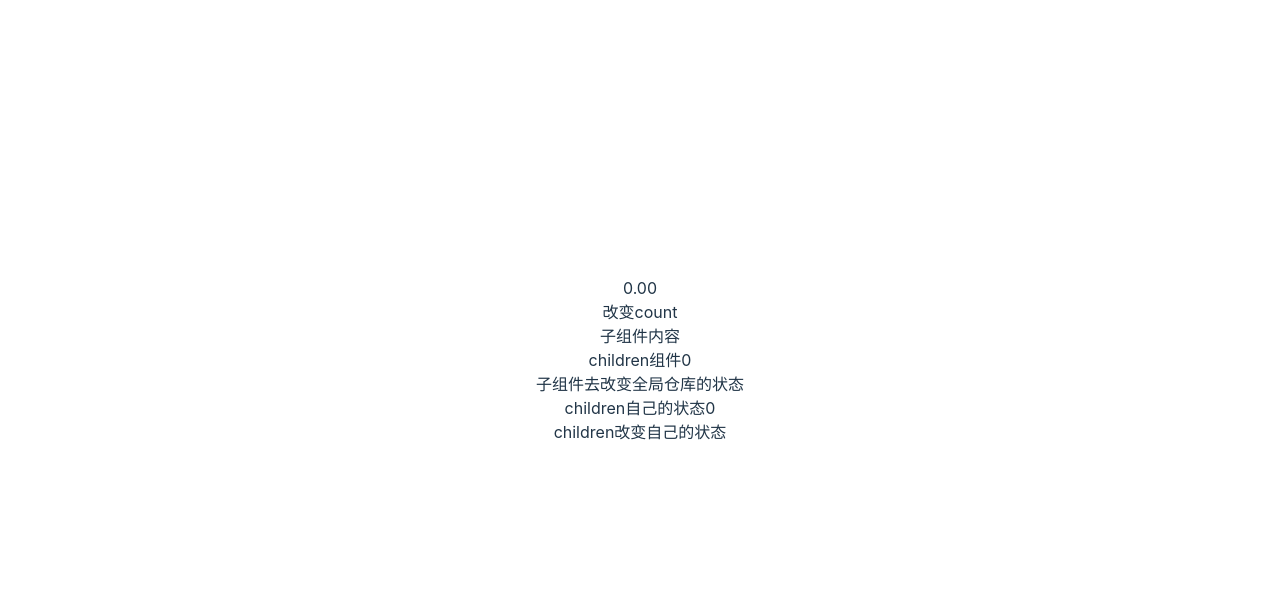
Repository: ruyanwangshi/lernReact
Page: / (app in vite-project/)
The author's editor kept a copy of each file at every save. The page is drawn from the files as they stood at one save, then again after the next save.
The browser window is 1280 px wide. The pictures show the whole page.
The project was rebuilt for these pictures with package versions that can differ from the ones it lists, and the page was loaded fresh each time. Also part of the build but not shown: vite-project/vite.config.js, vite-project/src/1.前端框架概览/other.jsx.

Above is the page before, as saved 2023-02-19 17:23:55.

After the next save:
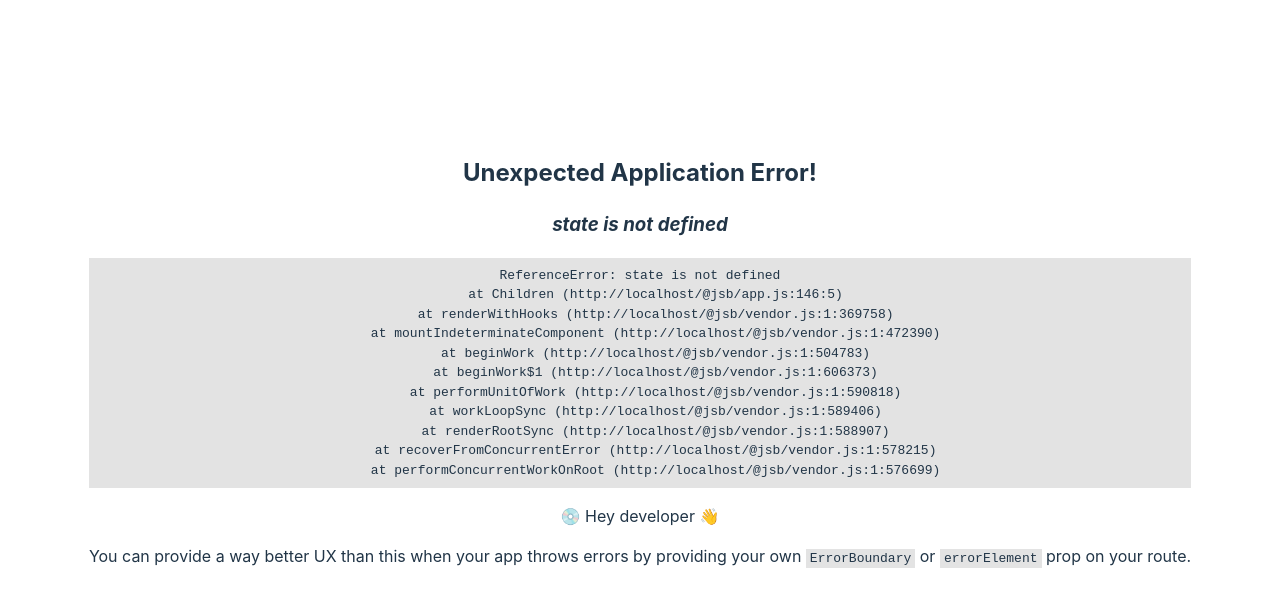
Console error: ReferenceError: state is not defined
Saved 105 s later.
--- a/vite-project/src/1.前端框架概览/components/children.jsx
+++ b/vite-project/src/1.前端框架概览/components/children.jsx
@@ -3,16 +3,16 @@
 import StoreContext from '@/utils/context';
 
 function Children(props) {
-    const {state,action} = useContext(StoreContext)
+    // const {state,action} = useContext(StoreContext)
     const [value, setValue] = React.useState(0)
-    console.log('children组件', state, action, props)
+    // console.log('children组件', state, action, props)
 
-    function changeState() {
-        action({
-            type: 'jia',
-            value: 1
-        })
-    }
+    // function changeState() {
+    //     action({
+    //         type: 'jia',
+    //         value: 1
+    //     })
+    // }
     return (
         <div>
             children组件{state.count}

After the save that followed:
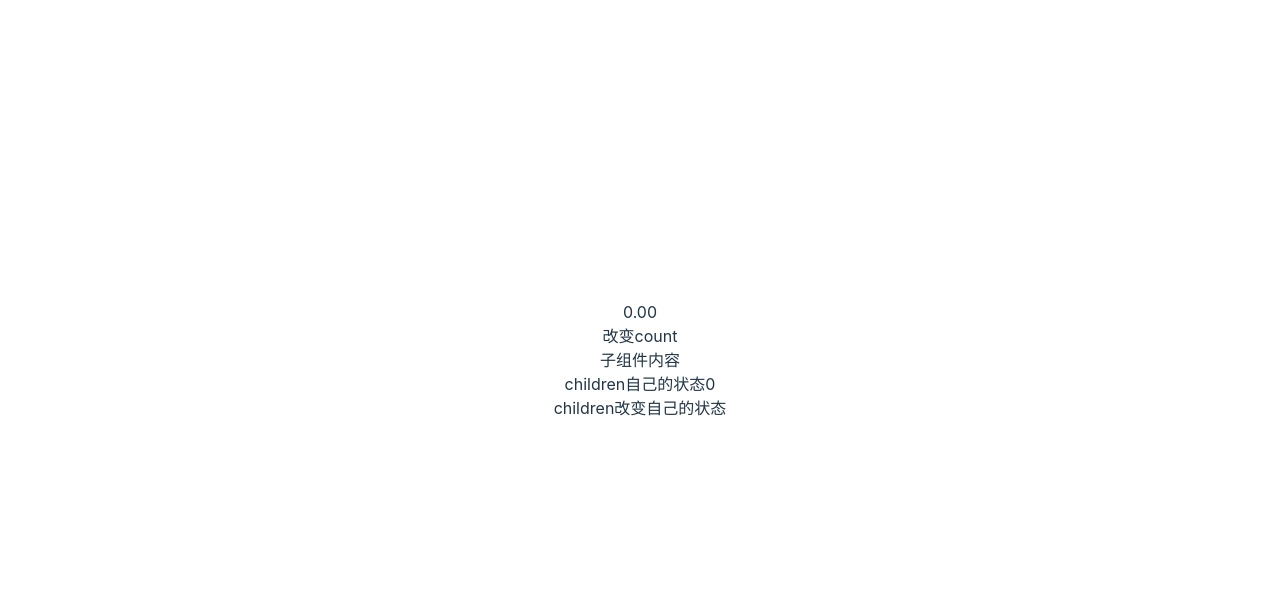
The error is gone.
Saved 7 s later.
--- a/vite-project/src/1.前端框架概览/components/children.jsx
+++ b/vite-project/src/1.前端框架概览/components/children.jsx
@@ -15,10 +15,10 @@
     // }
     return (
         <div>
-            children组件{state.count}
+            {/* children组件{state.count}
             <div onClick={changeState}>
                 子组件去改变全局仓库的状态
-            </div>
+            </div> */}
             children自己的状态{value}
             <div onClick={() => setValue(value + 1)}>children改变自己的状态</div>
         </div>
